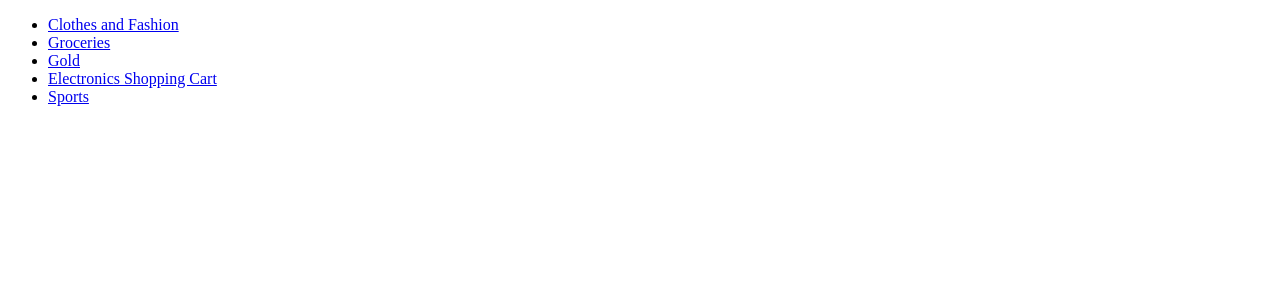
Repository: Maheshbabur789/BookStore
Page: MyLabs/OnlineMarketing/src/main/webapp/login.html
An editor plug-in stored every save of this project. The page is shown before and after the next save, followed by the edit.
The browser window is 1280 px wide. The pictures show the whole page.

Above is the page before, as saved 2024-11-07 11:17:34.

After the next save:
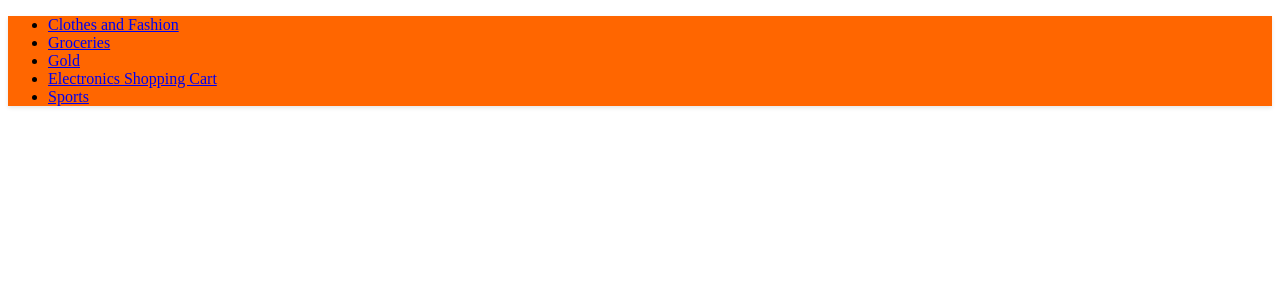
Saved 49 s later.
--- a/MyLabs/OnlineMarketing/src/main/webapp/login.html
+++ b/MyLabs/OnlineMarketing/src/main/webapp/login.html
@@ -5,7 +5,10 @@
 <title>Insert title here</title>
 
 <style>
-
+    header {
+    background-color: #ff6600; /* Change this color to your desired header background color */
+    box-shadow: 0 2px 4px rgba(0, 0, 0, 0.1);
+}
 </style>
 </head>
 <body>
